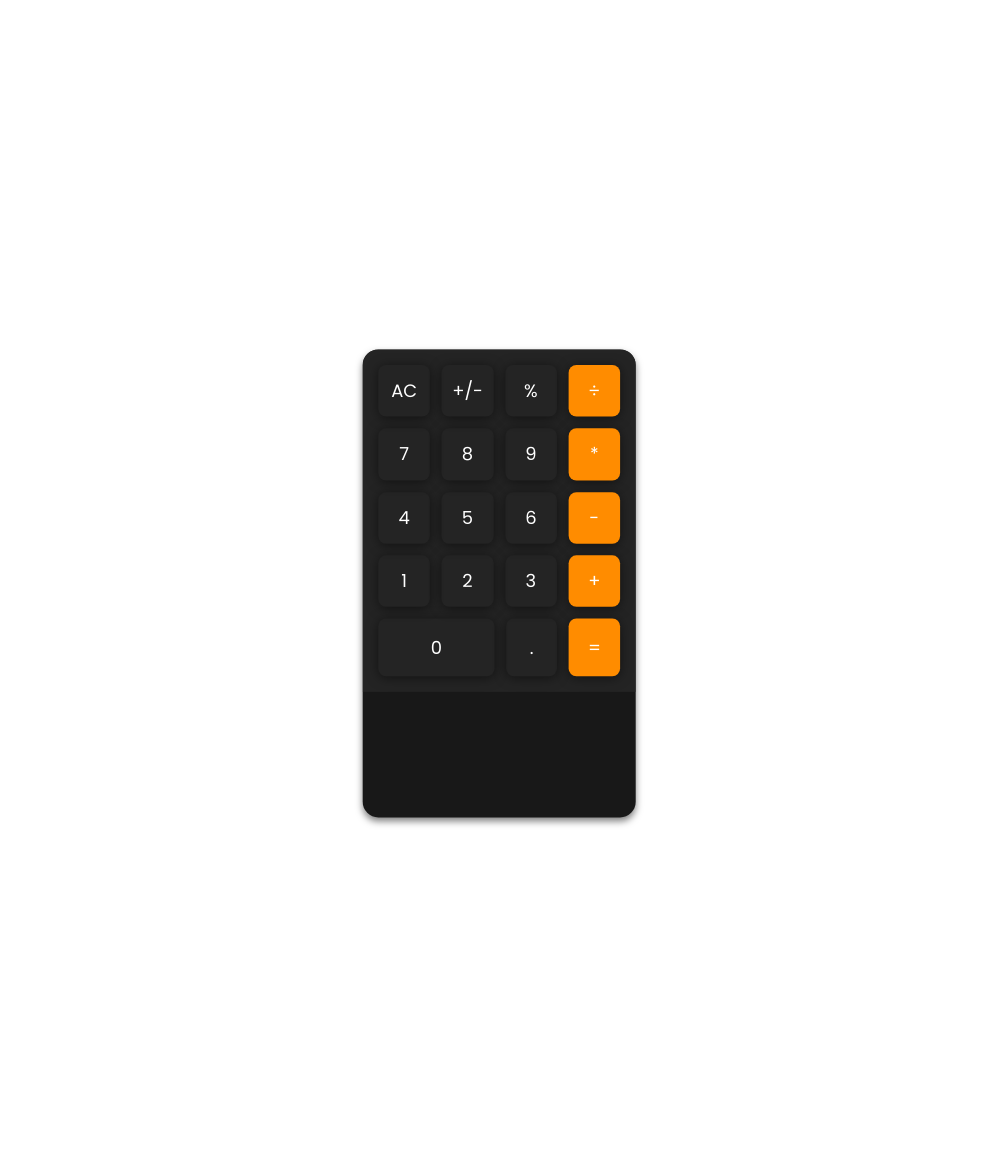
Repository: minhtien9/Calculator
Page: /
These files come from the project's save history. The page is drawn as it stood at one moment and after the next save; the edit follows.
The browser window is 1280 px wide. The pictures show the whole page, at 78% of full size.
The project was rebuilt for these pictures with package versions that can differ from the ones it lists, and the page was loaded fresh each time.

Above is the page before, as saved 2022-07-21 23:35:08.

After the next save:
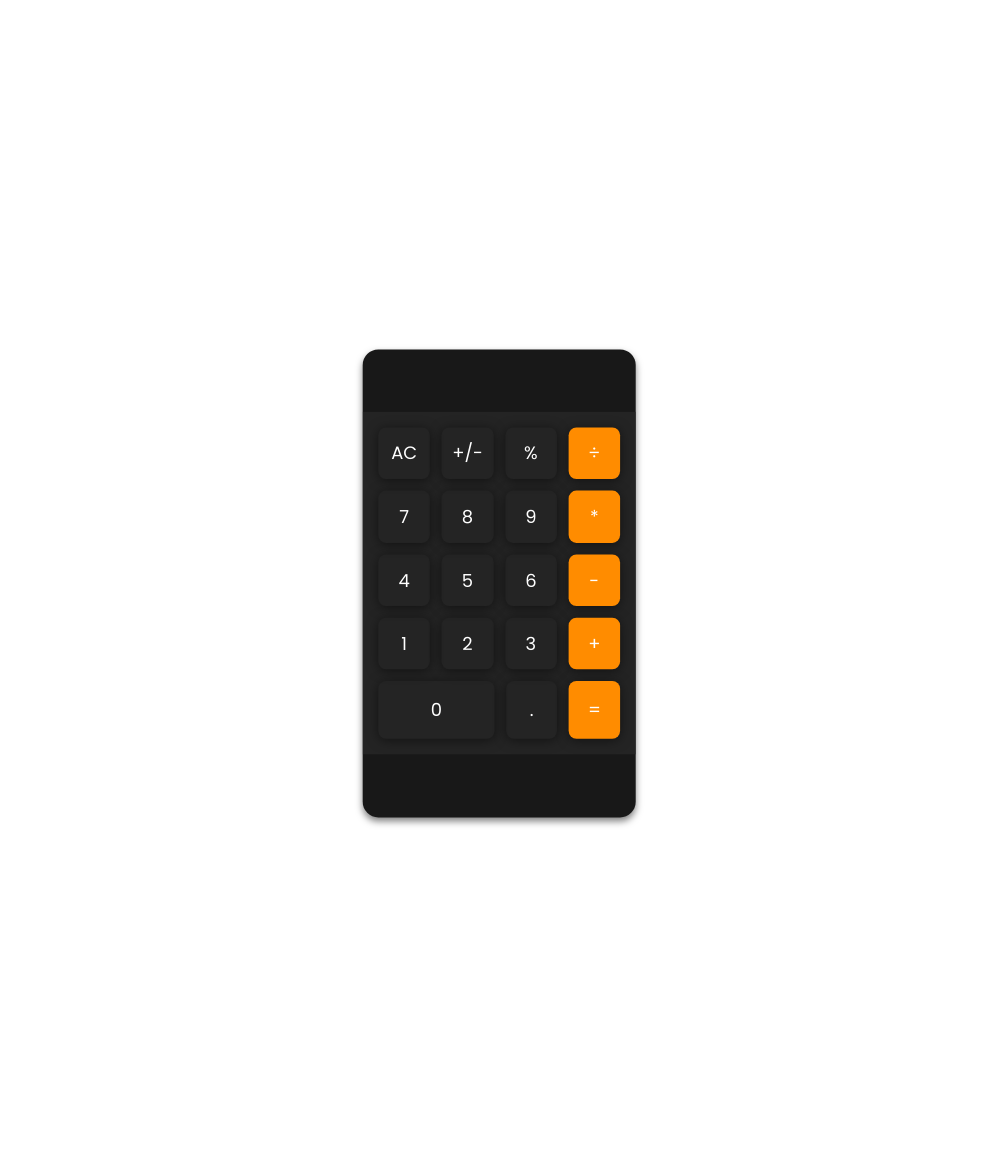
Saved 82 s later.
--- a/src/Components/Calculator.scss
+++ b/src/Components/Calculator.scss
@@ -40,7 +40,7 @@ button:hover {
     box-shadow: 0px 5px 10px 0px rgba(0, 0, 0, 0.5);
 }
 
-.monitor {
+.screen {
     .out-put {
         margin: 80px 30px 0px;
         font-size: 2.5rem;
